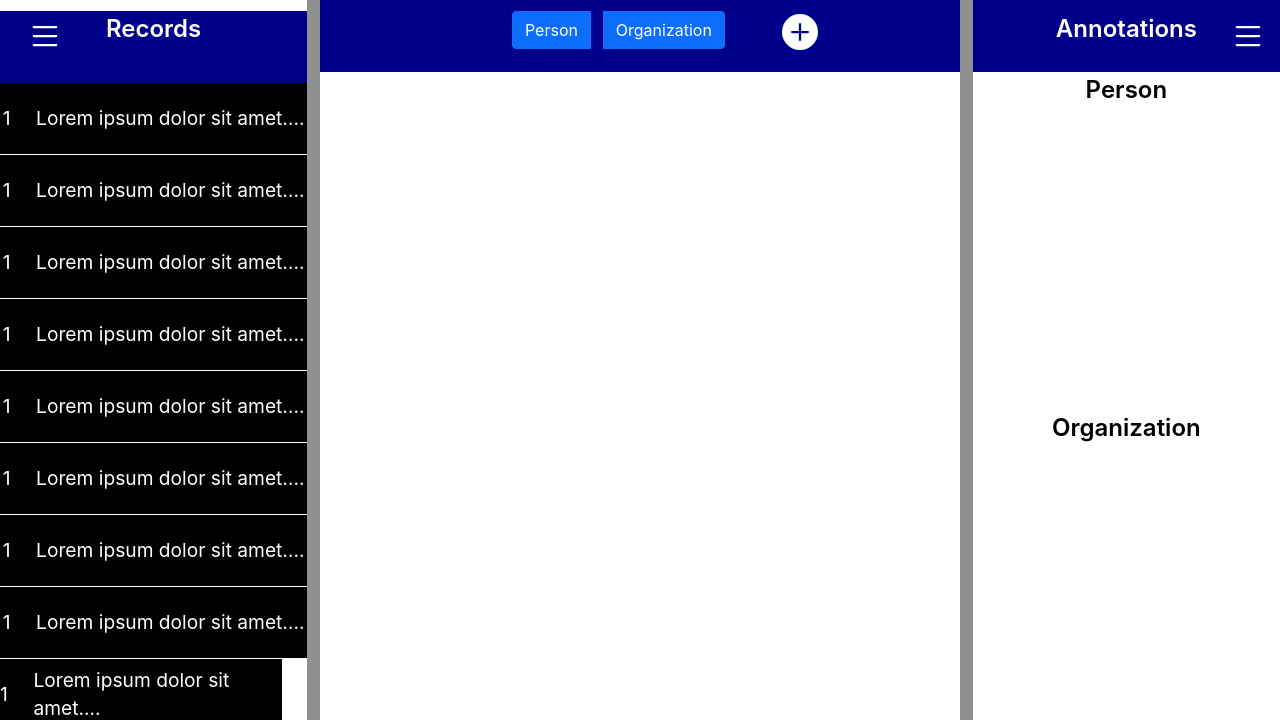
Repository: napan24/classforma_assignment
Page: / (app in client/)
The author's editor kept a copy of each file at every save. The page is drawn from the files as they stood at one save, then again after the next save.
The browser window is 1280 px wide. The pictures show the whole page.
The project was rebuilt for these pictures with package versions that can differ from the ones it lists, and the page was loaded fresh each time. Also part of the build but not shown: client/src/App.css.

Above is the page before, as saved 2022-07-20 18:56:37.

### client/public/index.html
<!DOCTYPE html>
<html lang="en">
  <head>
    <meta charset="utf-8" />
    <link rel="icon" href="%PUBLIC_URL%/favicon.ico" />
    <meta name="viewport" content="width=device-width, initial-scale=1" />
    <meta name="theme-color" content="#000000" />
    <meta
      name="description"
      content="Web site created using create-react-app"
    />
    <link href="https://cdn.jsdelivr.net/npm/bootstrap@5.1.3/dist/css/bootstrap.min.css" rel="stylesheet" integrity="sha384-1BmE4kWBq78iYhFldvKuhfTAU6auU8tT94WrHftjDbrCEXSU1oBoqyl2QvZ6jIW3" crossorigin="anonymous">
    <link rel="apple-touch-icon" href="%PUBLIC_URL%/logo192.png" />
    <!--
      manifest.json provides metadata used when your web app is installed on a
      user's mobile device or desktop. See https://developers.google.com/web/fundamentals/web-app-manifest/
    -->
    <link rel="manifest" href="%PUBLIC_URL%/manifest.json" />
    <!--
      Notice the use of %PUBLIC_URL% in the tags above.
      It will be replaced with the URL of the `public` folder during the build.
      Only files inside the `public` folder can be referenced from the HTML.

      Unlike "/favicon.ico" or "favicon.ico", "%PUBLIC_URL%/favicon.ico" will
      work correctly both with client-side routing and a non-root public URL.
      Learn how to configure a non-root public URL by running `npm run build`.
    -->
    <title>React App</title>
  </head>
  <body>
    <noscript>You need to enable JavaScript to run this app.</noscript>
    <div id="root"></div>
    <!--
      This HTML file is a template.
      If you open it directly in the browser, you will see an empty page.

      You can add webfonts, meta tags, or analytics to this file.
      The build step will place the bundled scripts into the <body> tag.

      To begin the development, run `npm start` or `yarn start`.
      To create a production bundle, use `npm run build` or `yarn build`.
    -->
    <script src="https://cdn.jsdelivr.net/npm/bootstrap@5.1.3/dist/js/bootstrap.bundle.min.js" integrity="sha384-ka7Sk0Gln4gmtz2MlQnikT1wXgYsOg+OMhuP+IlRH9sENBO0LRn5q+8nbTov4+1p" crossorigin="anonymous"></script>
  </body>
</html>

### client/src/App.js
import logo from './logo.svg';
import './App.css';
import Home from './Home';

function App() {
  return (
    <>
      <Home></Home>
    </>
  );
}

export default App;

### client/src/Home.js
'strict origin'
import React, { useState, useEffect } from 'react'
const Home = () => {
    const [textField, setTextField] = useState();
    const [person, setPerson] = useState();
    const [place, setPlace] = useState();
    const [personName, setPersonName] = useState(['']);
    const [placeName, setPlaceName] = useState(['']);
    const [data, setData] = useState("");
    const [leftClose, setLeftClose] = useState(false);
    const [rightClose, setRightClose] = useState(false);
    useEffect(() => {
        if (textField) {
            trending();
        }
    }, [textField])
    const trending = async () => {
        const res = await fetch("/", {
            method: 'POST',
            headers: {
                "Content-Type": "application/json"
            },
            body: JSON.stringify({ textField })
        });
        const result = await res.json();
        console.log(result);
        setPerson(result.filter((arr) => arr.type == 'Person'));
        setPlace(result.filter((arr) => arr.type[0] == 'Place' || arr.type[0] == 'PopulatedPlace' || arr.type[0] == 'Settlement' || arr.type[0] == 'City'));
    };
    useEffect(() => {
        setPersonName(['']);
        if (person) {
            person.forEach(function (arrayItem) {
                setPersonName(curr => [...curr, arrayItem.entityId]);
            });
        }
    }, [person])
    useEffect(() => {
        setPlaceName(['']);
        if (place) {
            console.log(place);
            place.forEach(function (arrayItem) {
                setPlaceName(curr => [...curr, arrayItem.entityId]);
            });
        }
    }, [place])
    const showFile = async (e) => {
        e.preventDefault()
        const reader = new FileReader()
        reader.onload = async (e) => {
            const text = (e.target.result)
            setTextField(text);
        };
        reader.readAsText(e.target.files[0])
    }
    function replace() {
        setTextField(textField.replace(data, ''));
        showAlert("alert")
    }
    function showAlert(id) {
        if (document.getElementById(id).style.display == "inline-block") {
            document.getElementById(id).style.display = "none";
        }
        else {
            document.getElementById(id).style.display = "inline-block";
        }
    }
    function CloseClick(e) {
        setData(e.currentTarget.parentElement.querySelector('.userName').innerText);
        showAlert("alert");
    }
    function showLeftComponent() {
        if (document.getElementById('left_component').style.display == "inline") {
            document.getElementById('left_component').style.display = "none";
            document.getElementById('left_open').style.display = "inline";
        }
        else {
            document.getElementById('left_component').style.display = "inline";
            document.getElementById('left_open').style.display = "none";
        }
        setLeftClose(!leftClose);
    }
    function showRightComponent() {
        if (document.getElementById('right_component').style.display == "inline") {
            document.getElementById('right_component').style.display = "none";
            document.getElementById('right_open').style.display = "inline";
        }
        else {
            document.getElementById('right_component').style.display = "inline";
            document.getElementById('right_open').style.display = "none";
        }
        setRightClose(!rightClose);
    }
    return (
        <>
            <div id="alert" style={{ display: "none", height: "35vh", width: "35vw", backgroundColor: "white", position: "absolute", zIndex: '2', left: "35%", top: "25%", border: "2px solid red" }}>
                <button onClick={() => { showAlert("alert") }} type="button" class="btn btn-primary" style={{ marginRight: "1vw", position: "absolute", bottom: "10%", left: "15%", padding: "2vh" }}>Cancel</button>
                <button onClick={(e) => { replace(e) }} style={{ marginRight: "1vw", position: "absolute", bottom: "10%", left: "65%", padding: "2vh" }} type="button" class="btn btn-primary">Delete</button>
            </div>
            <div style={{ display: 'flex', width: "100vw", height: "100vh", backgroundColor: "#8f9091", overflow: "hidden" }}>
                <div id="left_component" style={{ display: 'inline', width: "24vw", height: "100vh", backgroundColor: "white", marginRight: "1vw" }}>
                    <div style={{ width: "24vw", height: "10vh", backgroundColor: "#00008b", textAlign: 'center', fontSize: '150%', color: "white", fontWeight: "600"}}>
                        <p style={{ marginTop: "1.5vh" }}>
                            Records
                        </p>
                    </div>
                    <svg onClick={() => { showLeftComponent() }} style={{ width: "5vw", height: "5vh", position: 'absolute', left: "1vw", top: "2.5vh", color: 'white' }} xmlns="http://www.w3.org/2000/svg" fill="currentColor" class="bi bi-list" viewBox="0 0 16 16">
                        <path fill-rule="evenodd" d="M2.5 12a.5.5 0 0 1 .5-.5h10a.5.5 0 0 1 0 1H3a.5.5 0 0 1-.5-.5zm0-4a.5.5 0 0 1 .5-.5h10a.5.5 0 0 1 0 1H3a.5.5 0 0 1-.5-.5zm0-4a.5.5 0 0 1 .5-.5h10a.5.5 0 0 1 0 1H3a.5.5 0 0 1-.5-.5z" />
                    </svg>
                    <div style={{ width: "24vw", height: "10vh", backgroundColor: "black",overflow:"hidden",color:"white",fontSize:"120%",display:"flex",justifyContent:'center',alignItems:'center',borderBottom:"1px solid white" }}>
                        <span style={{top:"10vh"}}>
                            1
                        </span>
                        <span style={{marginLeft:"2vw"}}>
                            Lorem ipsum dolor sit amet....
                        </span>
                    </div>
                    <div style={{ width: "24vw", height: "10vh", backgroundColor: "black",overflow:"hidden",color:"white",fontSize:"120%",display:"flex",justifyContent:'center',alignItems:'center',borderBottom:"1px solid white" }}>
                        <span style={{top:"10vh"}}>
                            1
                        </span>
                        <span style={{marginLeft:"2vw"}}>
                            Lorem ipsum dolor sit amet....
                        </span>
                    </div>
                    <div style={{ width: "24vw", height: "10vh", backgroundColor: "black",overflow:"hidden",color:"white",fontSize:"120%",display:"flex",justifyContent:'center',alignItems:'center',borderBottom:"1px solid white" }}>
                        <span style={{top:"10vh"}}>
                            1
                        </span>
                        <span style={{marginLeft:"2vw"}}>
                            Lorem ipsum dolor sit amet....
                        </span>
                    </div>
                    <div style={{ width: "24vw", height: "10vh", backgroundColor: "black",overflow:"hidden",color:"white",fontSize:"120%",display:"flex",justifyContent:'center',alignItems:'center',borderBottom:"1px solid white" }}>
                        <span style={{top:"10vh"}}>
                            1
                        </span>
                        <span style={{marginLeft:"2vw"}}>
                            Lorem ipsum dolor sit amet....
                        </span>
                    </div>
                    <div style={{ width: "24vw", height: "10vh", backgroundColor: "black",overflow:"hidden",color:"white",fontSize:"120%",display:"flex",justifyContent:'center',alignItems:'center',borderBottom:"1px solid white" }}>
                        <span style={{top:"10vh"}}>
                            1
                        </span>
                        <span style={{marginLeft:"2vw"}}>
                            Lorem ipsum dolor sit amet....
                        </span>
                    </div>
                    <div style={{ width: "24vw", height: "10vh", backgroundColor: "black",overflow:"hidden",color:"white",fontSize:"120%",display:"flex",justifyContent:'center',alignItems:'center',borderBottom:"1px solid white" }}>
                        <span style={{top:"10vh"}}>
                            1
                        </span>
                        <span style={{marginLeft:"2vw"}}>
                            Lorem ipsum dolor sit amet....
                        </span>
                    </div>
                    <div style={{ width: "24vw", height: "10vh", backgroundColor: "black",overflow:"hidden",color:"white",fontSize:"120%",display:"flex",justifyContent:'center',alignItems:'center',borderBottom:"1px solid white" }}>
                        <span style={{top:"10vh"}}>
                            1
                        </span>
                        <span style={{marginLeft:"2vw"}}>
                            Lorem ipsum dolor sit amet....
                        </span>
                    </div>
                    <div style={{ width: "24vw", height: "10vh", backgroundColor: "black",overflow:"hidden",color:"white",fontSize:"120%",display:"flex",justifyContent:'center',alignItems:'center',borderBottom:"1px solid white" }}>
                        <span style={{top:"10vh"}}>
                            1
                        </span>
                        <span style={{marginLeft:"2vw"}}>
                            Lorem ipsum dolor sit amet....
                        </span>
                    </div>
                    <div style={{ width: "22vw", height: "10vh", backgroundColor: "black",overflow:"hidden",color:"white",fontSize:"120%",display:"flex",justifyContent:'center',alignItems:'center',borderBottom:"1px solid white" }}>
                        <span style={{top:"10vh"}}>
                            1
                        </span>
                        <span style={{marginLeft:"2vw"}}>
                            Lorem ipsum dolor sit amet....
                        </span>
                    </div>
                </div>
                <div style={{ width: leftClose && rightClose ? "100vw" : rightClose ? "75vw" : leftClose ? "75vw" : "50vw", height: "100vh", backgroundColor: "white", marginRight: "1vw", overflowY: "unset" }}>
                    <div style={{ width: leftClose && rightClose ? "100vw" : rightClose ? "75vw" : leftClose ? "75vw" : "50vw", height: "10vh", backgroundColor: "#00008b", position: 'relative', overflowY: 'hidden' }}>
                        <svg id="left_open" onClick={() => { showLeftComponent() }} style={{ display: "none", width: "5vw", height: "5vh", position: 'absolute', left: "1vw", top: "2.5vh", color: 'white' }} xmlns="http://www.w3.org/2000/svg" fill="currentColor" class="bi bi-list" viewBox="0 0 16 16">
                            <path fill-rule="evenodd" d="M2.5 12a.5.5 0 0 1 .5-.5h10a.5.5 0 0 1 0 1H3a.5.5 0 0 1-.5-.5zm0-4a.5.5 0 0 1 .5-.5h10a.5.5 0 0 1 0 1H3a.5.5 0 0 1-.5-.5zm0-4a.5.5 0 0 1 .5-.5h10a.5.5 0 0 1 0 1H3a.5.5 0 0 1-.5-.5z" />
                        </svg>
                        <div class="btn-group" style={{ marginTop: "1.5vh", marginLeft: "15vw" }}>
                            <button type="button" class="btn btn-primary" style={{ marginRight: "1vw" }}>Person</button>
                            <button type="button" class="btn btn-primary">Organization</button>
                        </div>
                        <label for="file">
                            <svg style={{ width: "20%", height: "50%", position: "absolute", right: "15%", top: "2vh", color: "white" }} xmlns="http://www.w3.org/2000/svg" fill="currentColor" class="bi bi-plus-circle-fill" viewBox="0 0 16 16">
                                <path d="M16 8A8 8 0 1 1 0 8a8 8 0 0 1 16 0zM8.5 4.5a.5.5 0 0 0-1 0v3h-3a.5.5 0 0 0 0 1h3v3a.5.5 0 0 0 1 0v-3h3a.5.5 0 0 0 0-1h-3v-3z" />
                            </svg>
                        </label>
                        <input type="file" id="file" onChange={(e) => showFile(e)} style={{ display: "none" }} />
                        <svg id="right_open" onClick={() => { showRightComponent() }} style={{ display: "none", width: "5vw", height: "5vh", position: 'absolute', right: "1vw", top: "2.5vh", color: 'white' }} xmlns="http://www.w3.org/2000/svg" fill="currentColor" class="bi bi-list" viewBox="0 0 16 16">
                            <path fill-rule="evenodd" d="M2.5 12a.5.5 0 0 1 .5-.5h10a.5.5 0 0 1 0 1H3a.5.5 0 0 1-.5-.5zm0-4a.5.5 0 0 1 .5-.5h10a.5.5 0 0 1 0 1H3a.5.5 0 0 1-.5-.5zm0-4a.5.5 0 0 1 .5-.5h10a.5.5 0 0 1 0 1H3a.5.5 0 0 1-.5-.5z" />
                        </svg>
                    </div>
                    <div style={{ width: leftClose && rightClose ? "98vw" : rightClose ? "73vw" : leftClose ? "73vw" : "48vw", height: "85vh", marginLeft: "2vw", marginTop: "5vh", overflowY: "scroll" }}>
                        {textField}
                    </div>
                </div>
                <div id="right_component" style={{ display: 'inline', width: "24vw", height: "100vh", backgroundColor: "white" }}>
                    <div style={{ width: "24vw", height: "10vh", backgroundColor: "#00008b", textAlign: 'center', fontSize: '150%', color: "white", fontWeight: "600", position: 'relative' }}>
                        <p style={{ paddingTop: "1.5vh" }}>
                            Annotations
                        </p>
                        <svg onClick={() => { showRightComponent() }} style={{ width: "5vw", height: "5vh", position: 'absolute', right: "0vw", top: "2.5vh", color: 'white' }} xmlns="http://www.w3.org/2000/svg" fill="currentColor" class="bi bi-list" viewBox="0 0 16 16">
                            <path fill-rule="evenodd" d="M2.5 12a.5.5 0 0 1 .5-.5h10a.5.5 0 0 1 0 1H3a.5.5 0 0 1-.5-.5zm0-4a.5.5 0 0 1 .5-.5h10a.5.5 0 0 1 0 1H3a.5.5 0 0 1-.5-.5zm0-4a.5.5 0 0 1 .5-.5h10a.5.5 0 0 1 0 1H3a.5.5 0 0 1-.5-.5z" />
                        </svg>
                    </div>
                    <div style={{ width: "24vw", height: "5vh", backgroundColor: "white", textAlign: 'center', fontSize: '150%', color: "black", fontWeight: "600", marginBottom: "2vh" }}>
                        <p>
                            Person
                        </p>
                    </div>
                    <div style={{ maxWidth: "24vw", height: "40vh", backgroundColor: "white", textAlign: 'center', fontSize: '150%', color: "black", fontWeight: "600", zIndex: "2", overflowY: "scroll", overflowX: "hidden" }}>
                        {personName && personName.map((user) => (
                            user.length > 0 && <div style={{ width: "24vw", color: "black", height: "3vh", fontSize: "2vh", position: 'relative', borderBottom: '1px solid black' }}>
                                <span className='userName' style={{ width: "12vw" }}>
                                    {user}
                                </span>
                                <svg onClick={(e) => { CloseClick(e) }} style={{ width: "3.5vw", height: "3.5vh", position: 'absolute', right: "0vw", top: "0vh" }} xmlns="http://www.w3.org/2000/svg" fill="currentColor" class="bi bi-x" viewBox="0 0 16 16">
                                    <path d="M4.646 4.646a.5.5 0 0 1 .708 0L8 7.293l2.646-2.647a.5.5 0 0 1 .708.708L8.707 8l2.647 2.646a.5.5 0 0 1-.708.708L8 8.707l-2.646 2.647a.5.5 0 0 1-.708-.708L7.293 8 4.646 5.354a.5.5 0 0 1 0-.708z" />
                                </svg>
                            </div>
                        ))}
                    </div>
                    <div style={{ width: "24vw", height: "5vh", backgroundColor: "white", textAlign: 'center', fontSize: '150%', color: "black", fontWeight: "600", marginBottom: "2vh" }}>
                        <p>
                            Organization
                        </p>
                    </div>
                    <div style={{ width: "24vw", height: "40vh", backgroundColor: "white", textAlign: 'center', fontSize: '150%', color: "black", fontWeight: "600", overflowY: "scroll" }}>
                        {placeName && placeName.map((user) => (
                            user.length > 0 && <div style={{ width: "24vw", color: "black", height: "3vh", fontSize: "2vh", position: 'relative', borderBottom: '1px solid black' }}>
                                <span className='userName' style={{ width: "12vw" }}>
                                    {user}
                                </span>
                                <svg onClick={(e) => { CloseClick(e) }} style={{ width: "3.5vw", height: "3.5vh", position: 'absolute', right: "0vw", top: "0vh" }} xmlns="http://www.w3.org/2000/svg" fill="currentColor" class="bi bi-x" viewBox="0 0 16 16">
                                    <path d="M4.646 4.646a.5.5 0 0 1 .708 0L8 7.293l2.646-2.647a.5.5 0 0 1 .708.708L8.707 8l2.647 2.646a.5.5 0 0 1-.708.708L8 8.707l-2.646 2.647a.5.5 0 0 1-.708-.708L7.293 8 4.646 5.354a.5.5 0 0 1 0-.708z" />
                                </svg>
                            </div>
                        ))}
                    </div>
                </div>
            </div>
        </>
    )
}

export default Home

Loaded but not shown: client/src/index.js (common file); client/src/index.css (common file); client/src/reportWebVitals.js (common file)

After the next save:
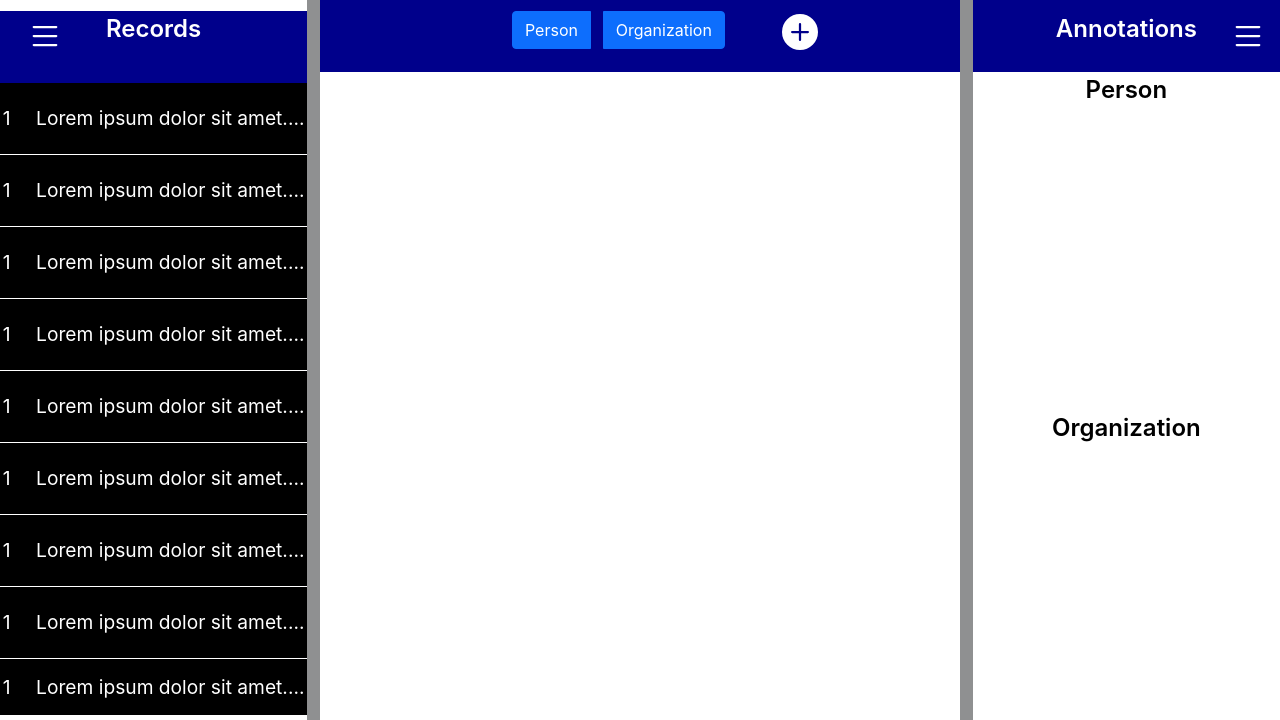
Saved 6 s later.
--- a/client/src/Home.js
+++ b/client/src/Home.js
@@ -171,7 +171,7 @@ const Home = () => {
                             Lorem ipsum dolor sit amet....
                         </span>
                     </div>
-                    <div style={{ width: "22vw", height: "10vh", backgroundColor: "black",overflow:"hidden",color:"white",fontSize:"120%",display:"flex",justifyContent:'center',alignItems:'center',borderBottom:"1px solid white" }}>
+                    <div style={{ width: "24vw", height: "8vh", backgroundColor: "black",overflow:"hidden",color:"white",fontSize:"120%",display:"flex",justifyContent:'center',alignItems:'center',borderBottom:"1px solid white" }}>
                         <span style={{top:"10vh"}}>
                             1
                         </span>
